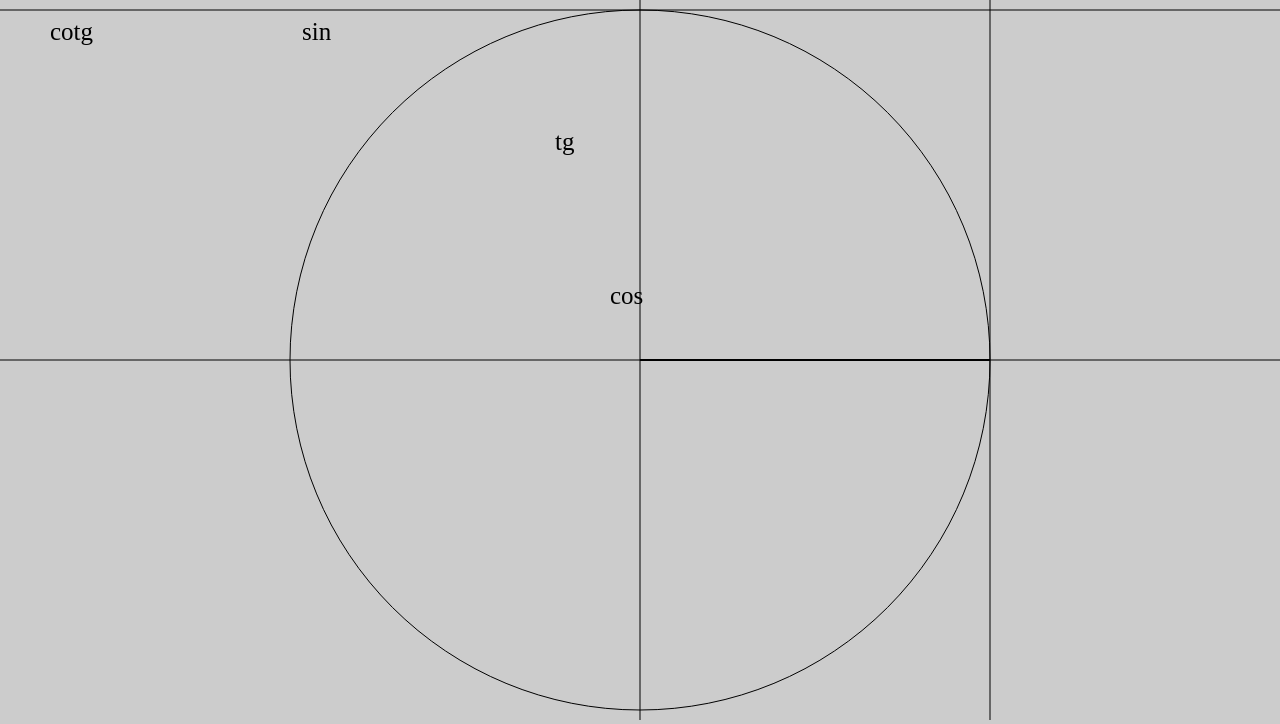
Repository: BraynStorm/braynstorm.github.io
Page: http://localhost/
An editor plug-in stored every save of this project. The page is shown before and after the next save, followed by the edit.
The browser window is 1280 px wide. The pictures show the whole page.
The page is run by PHP 8.4 with error messages shown; the project is at /var/www/html/.

Above is the page before, as saved 2015-02-24 16:09:28.

### JSDrawing/index.php
<!DOCTYPE html>
<html>
	<head>
		<meta charset="UTF-8">
		<title>Insert title here</title>
		<link rel="stylesheet" type="text/css" href="main.css"/>
		<script type="text/javascript" src="js/jquery-2.1.3.min.js"></script>
		<script type="text/javascript" src="js/swgDrawing.js"></script>

	</head>
	<body>
		<div id="content">
			<svg width="1000" height="1000">
				<circle id="mainCircle" cx="300" cy="300" r="250" fill="none" stroke="black" />
				<line x1="300" y1="0" x2="300" y2="600" style="stroke:rgb(0,0,0);stroke-width:1;" id="sinLine" />
				<line x1="0" y1="300" x2="600" y2="300" style="stroke:rgb(0,0,0);stroke-width:1;" id="cosLine" />

				<line x1="550" y1="0" x2="550" y2="600" style="stroke:rgb(0,0,0);stroke-width:1;" id="tgLine" />
				<line x1="0" y1="50" x2="600" y2="50" style="stroke:rgb(0,0,0);stroke-width:1;" id="cotgLine" />

				<text x="610" y="304" style="font-size:25px;">cos</text>
				<text x="302" y="40" style="font-size:25px;">sin</text>
				<text x="555" y="150" style="font-size:25px;">tg</text>
				<text x="50" y="40" style="font-size:25px;">cotg</text>


				<!--  THE ANGLE -->

				<line id="angle" x1="300" y1="300" x2="0" y2="0" style="stroke:rgb(0,0,0);stroke-width:2;" />


			</svg>

			<input type="text" value="30" id="angleBox" />
		</div>
	</body>
</html>

### JSDrawing/main.css
@CHARSET "UTF-8";

body{
	background-color: #CCC;
	padding: 0;
	margin: 0;
	overflow: hidden;
}

svg{
	margin-top: 0px;
}

#angleBox{
	position: fixed;
	bottom: 10px;
}

### JSDrawing/js/swgDrawing.js
$(document).ready(function (){
	var box			= $("#angleBox");
	var beginX		= window.innerWidth/2;
	var beginY		= window.innerHeight/2;


	var radius		= 350;

	var svg			= $('svg');

	var circle		= $('#mainCircle');

	var sinLine 	= $("#sinLine");
	var cosLine		= $("#cosLine");
	var tgLine		= $("#tgLine");
	var cotgLine	= $("#cotgLine");
	var angleArm	= $("#angle");


	svg.css({
		width:  window.innerWidth,
		height: window.innerHeight
	});

	circle.attr({
		cx : beginX,
		cy : beginY,
		r : radius
	});

	sinLine.attr({
		x1: beginX,
		y1: 0,
		x2: beginX,
		y2: window.innerHeight
	});


	cosLine.attr({
		x1: 0,
		y1: beginY,
		x2: window.innerWidth,
		y2: beginY
	});


	tgLine.attr({
		x1: beginX + radius,
		y1: 0,
		x2: beginX + radius,
		y2: window.innerHeight
	});

	cotgLine.attr({
		x1: 0,
		y1: beginY - radius,
		x2: window.innerWidth,
		y2: beginY - radius
	});

	angleArm.attr({
		x1: beginX,
		y1: beginY
	});

	var angle = 0;


	var animator;

	var radians = (Math.PI * 2) * (angle % 360) / 360 ;
	angleArm.animate(500).attr({
		x2: beginX + (Math.cos(radians) * radius),
		y2: beginY - (Math.sin(radians) * radius)
	});



	//animateAngle();

	function animateAngle(){
		var toAngle = parseInt(box.val());

		if(angle-toAngle > 0){
			angle -= 1;
		}else if (angle-toAngle < 0){
			angle += 1;
		}else{

		}
		var radians = (Math.PI * 2) * (angle % 360) / 360 ;

		x = beginX + (Math.cos(radians) * radius);
		y = beginY - (Math.sin(radians) * radius);


		angleArm.attr("x2", x);
		angleArm.attr("y2", y);

		animator = setTimeout(animateAngle, 10/Math.abs(angle-toAngle));
	}

});

Loaded but not shown: JSDrawing/js/jquery-2.1.3.min.js (library)

After the next save:
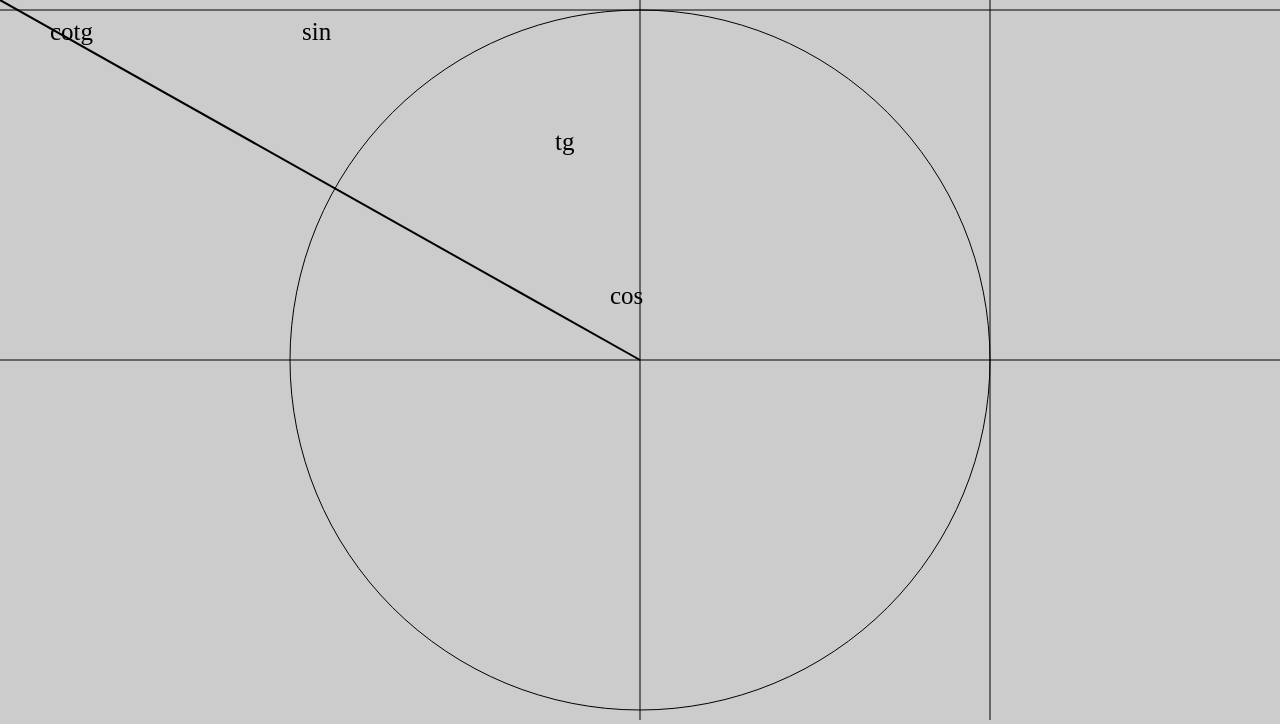
Saved 51 s later.
--- a/JSDrawing/js/swgDrawing.js
+++ b/JSDrawing/js/swgDrawing.js
@@ -68,12 +68,13 @@ $(document).ready(function (){
 
 	var animator;
 
+	$("#angleBox").keydown(function (){
 	var radians = (Math.PI * 2) * (angle % 360) / 360 ;
 	angleArm.animate(500).attr({
 		x2: beginX + (Math.cos(radians) * radius),
 		y2: beginY - (Math.sin(radians) * radius)
 	});
-
+	});
 
 
 	//animateAngle();
